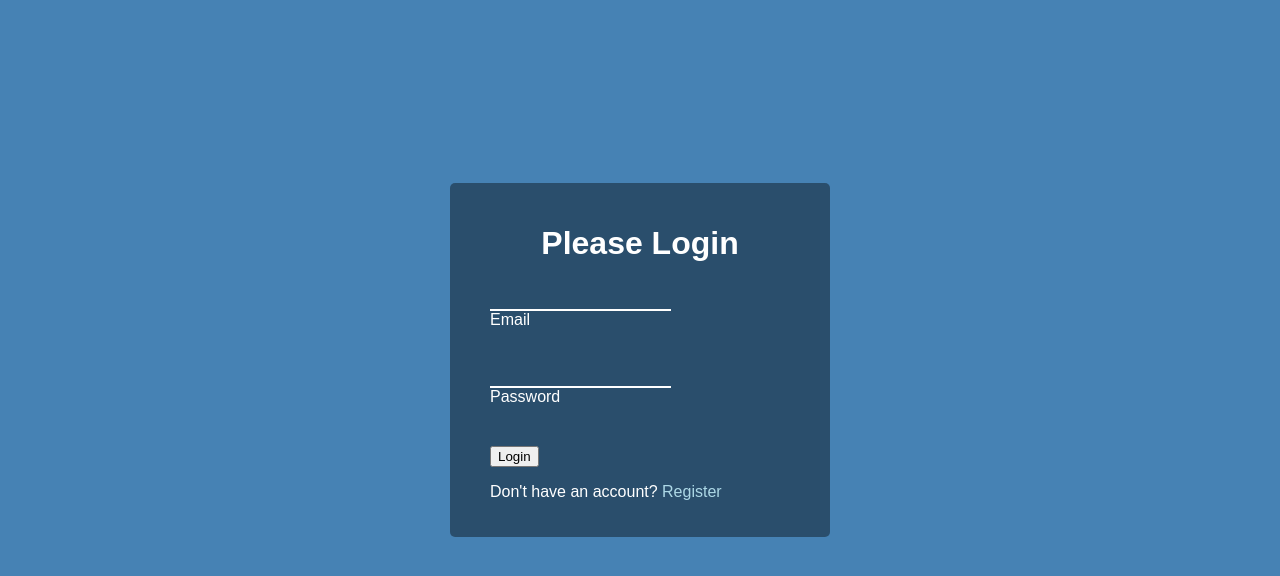
Repository: thecoachanna/form-animation
Page: index.html
The author's editor kept a copy of each file at every save. The page is drawn from the files as they stood at one save, then again after a run of saves.
The browser window is 1280 px wide. The pictures show the whole page.
Some web fonts or font styles are not loaded; a fallback is used.

Above is the page before, as saved 2023-02-26 09:56:43.

### index.html
<!DOCTYPE html>
<html lang="en">
<head>
    <meta charset="UTF-8">
    <meta http-equiv="X-UA-Compatible" content="IE=edge">
    <meta name="viewport" content="width=device-width, initial-scale=1.0">
    <link rel="stylesheet" href="style.css">
    <title>Wave Animation</title>
</head>
<body>
    <div class="container">
        <h1>Please Login</h1>
        <form>
            <div class="form-control">
                <input type="text" required>
                <label>Email</label>
            </div>
            <div class="form-control">
                <input type="password" required>
                <label>Password</label>
            </div>
            <button class="btn">Login</button>

            <p class="text">Don't have an account? <a href="#">Register</a></p>
        </form>
    </div>
    <script src="script.js"></script>
</body>
</html>

### style.css
@import url('https://fonts.googleapis.com/css?family=Muli&display=swap');


* {
    box-sizing: border-box;
}

body {
    background-color: steelblue;
    color: white;
    font-family: 'Muli', sans-serif;
    display: flex;
    flex-direction: column;
    align-items: center;
    justify-content: center;
    height: 100vh;
    overflow: hidden;
    margin: 0;
}

.container {
    background-color: rgba(0,0,0,0.4);
    padding: 20px 40px;
    border-radius: 5px;
}

.container h1 {
    text-align: center;
    margin-bottom: 30px;
}

.container a {
    text-decoration: none;
    color: lightblue;
}

.form-control {
    position: relative;
    margin: 20px 0 40px;
    width: 300px;
}

.form-control input {
    background-color: transparent;
    border: 0;
    border-bottom: 2px #fff solid;
    display: block;
    wid
}

Loaded but not shown: script.js (no copy from this time; the picture is the same without it)

After the next 3 saves:
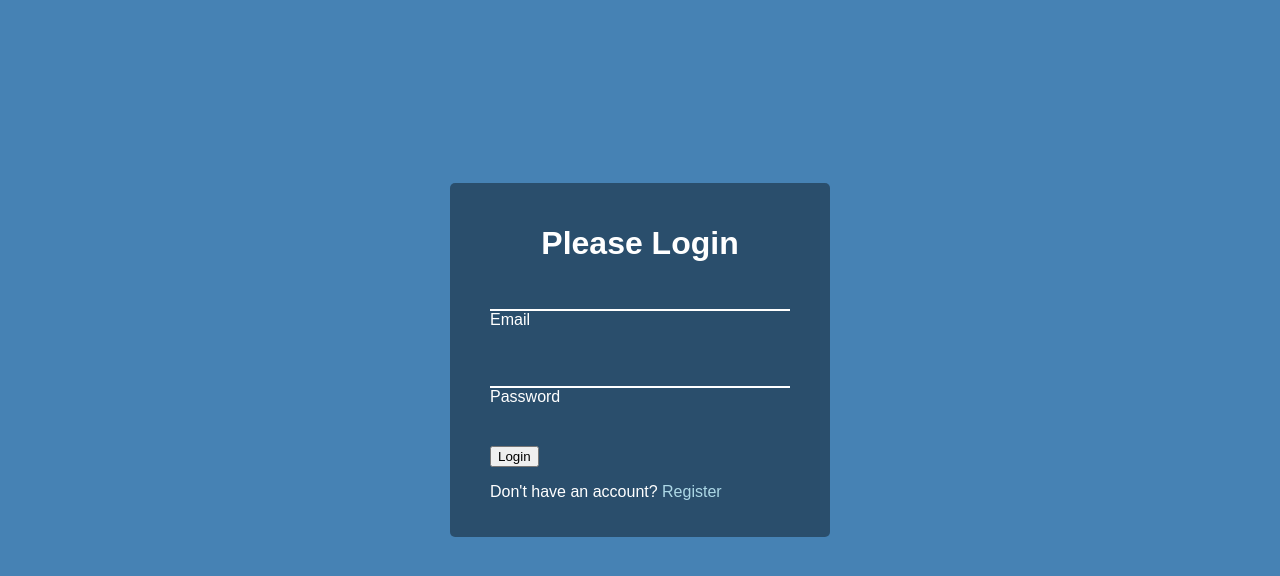
The 3 saves are shown as one change because they came seconds apart.
The last was saved 10 s later.
--- a/style.css
+++ b/style.css
@@ -45,5 +45,6 @@ body {
     border: 0;
     border-bottom: 2px #fff solid;
     display: block;
-    wid
+    width: 100%;
+
 }
